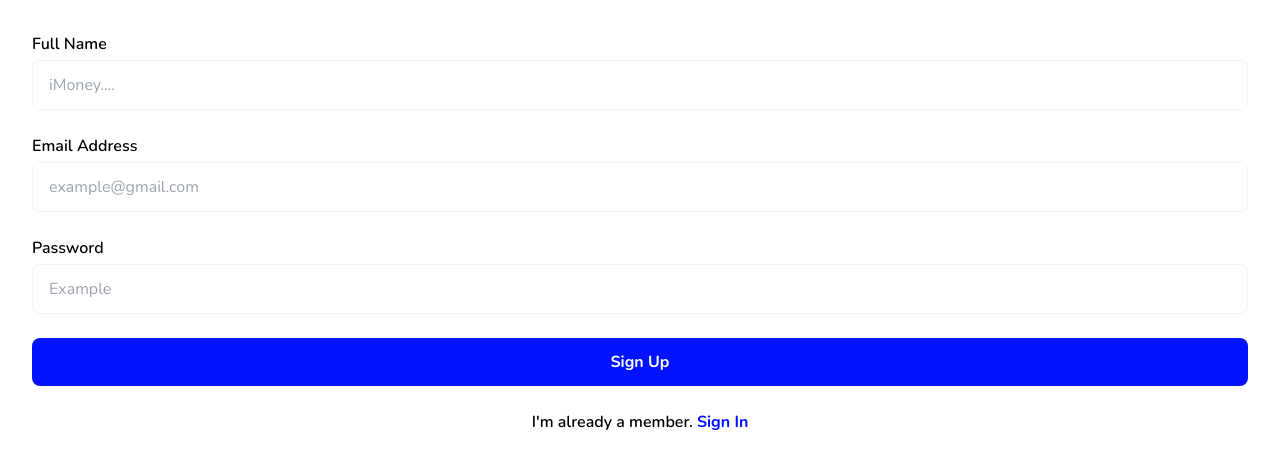
Repository: maixuanhieu/iMoney-VueJS
Page: /login
An editor plug-in stored every save of this project. The page is shown before and after the next save, followed by the edit.
The browser window is 1280 px wide. The pictures show the whole page.
The project was rebuilt for these pictures with package versions that can differ from the ones it lists, and the page was loaded fresh each time.

Above is the page before, as saved 2021-11-18 14:15:20.

After the next save:
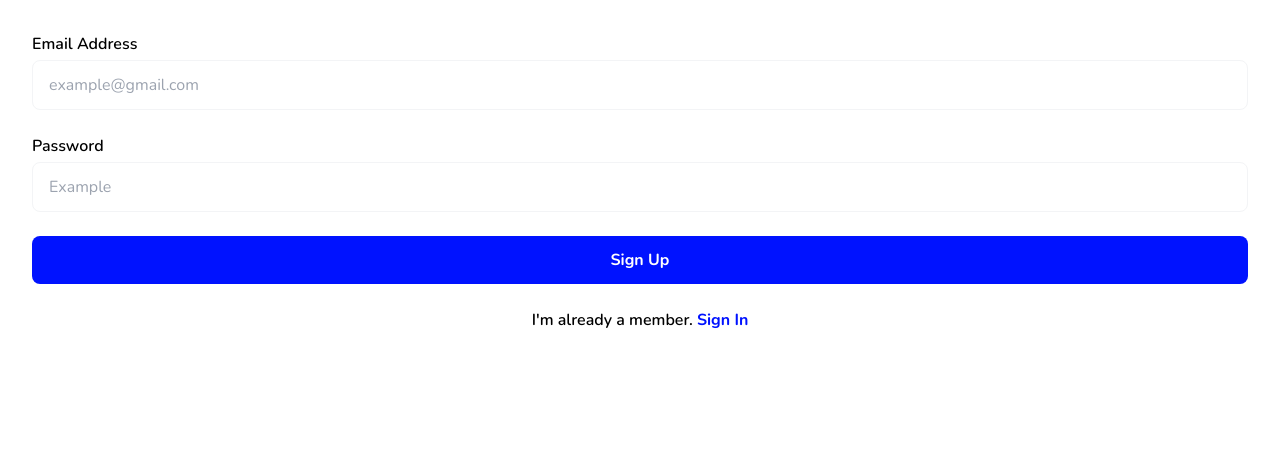
Saved 21 s later.
--- a/src/views/login.vue
+++ b/src/views/login.vue
@@ -4,16 +4,6 @@
 
     <!-- Start: Form -->
     <form class="flex flex-col justify-start space-y-6" @submit.prevent="onSubmit">
-       <div class="row">
-         <label class="flex flex-col" for="fullName">
-           <span class="font-semibold">Full Name</span>
-           <input
-           id="fullName"
-           class="px-4 py-3 rounded-lg border border-gray-100 mt-1"
-           type="text"
-           placeholder="iMoney...." />
-         </label>
-       </div>
 
         <div class="row">
          <label class="flex flex-col" for="email">
